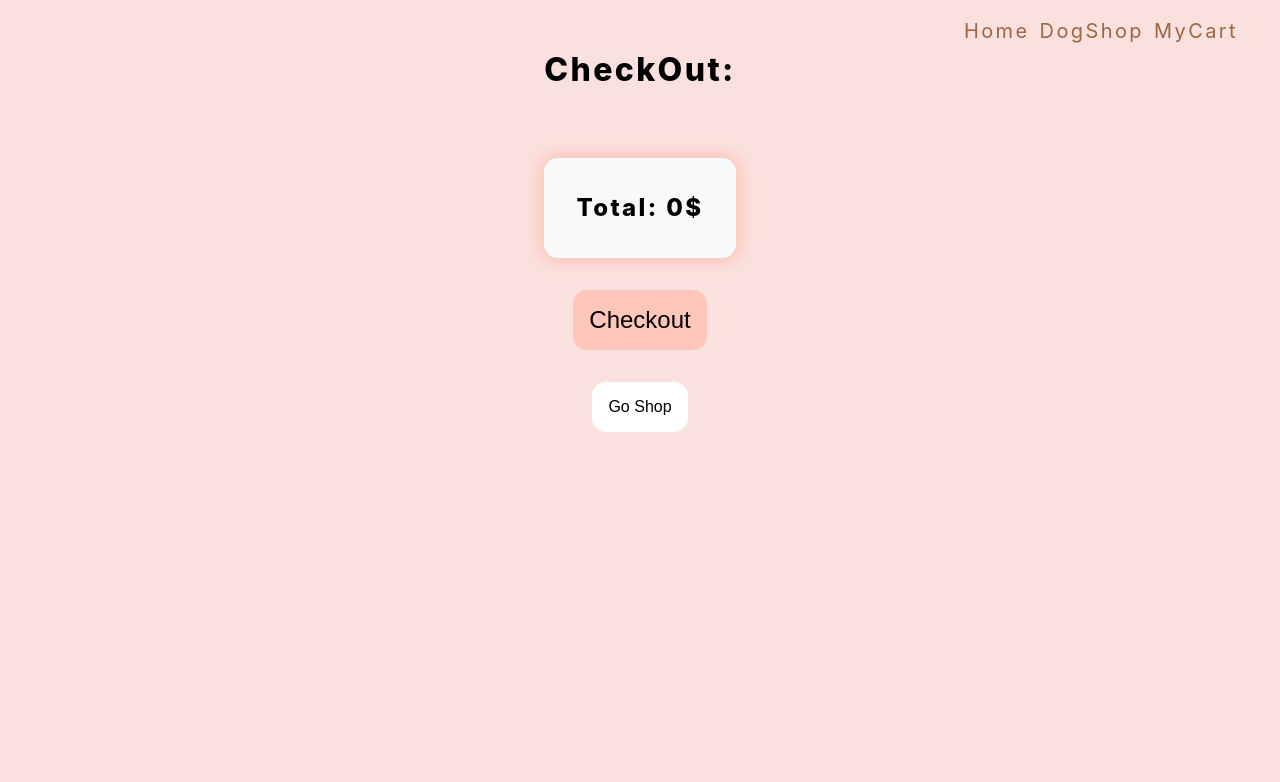
Repository: hoangbayern/dog_shop
Page: /cart (app in frontend/)
An editor plug-in stored every save of this project. The page is shown before and after the next save, followed by the edit.
The browser window is 1280 px wide. The pictures show the whole page.
The page's requests for data from a server got no answer. The project was rebuilt for these pictures with package versions that can differ from the ones it lists, and the page was loaded fresh each time. No one was signed in, and anything a server would have sent is missing. Also part of the build but not shown: frontend/src/components/Home/Home.jsx, frontend/src/components/Dogs/dogs.css, frontend/src/components/Dogs/DogsCart.jsx, frontend/src/components/Dogs/DogPage.jsx.

Above is the page before, as saved 2023-08-04 00:36:22.

After the next save:
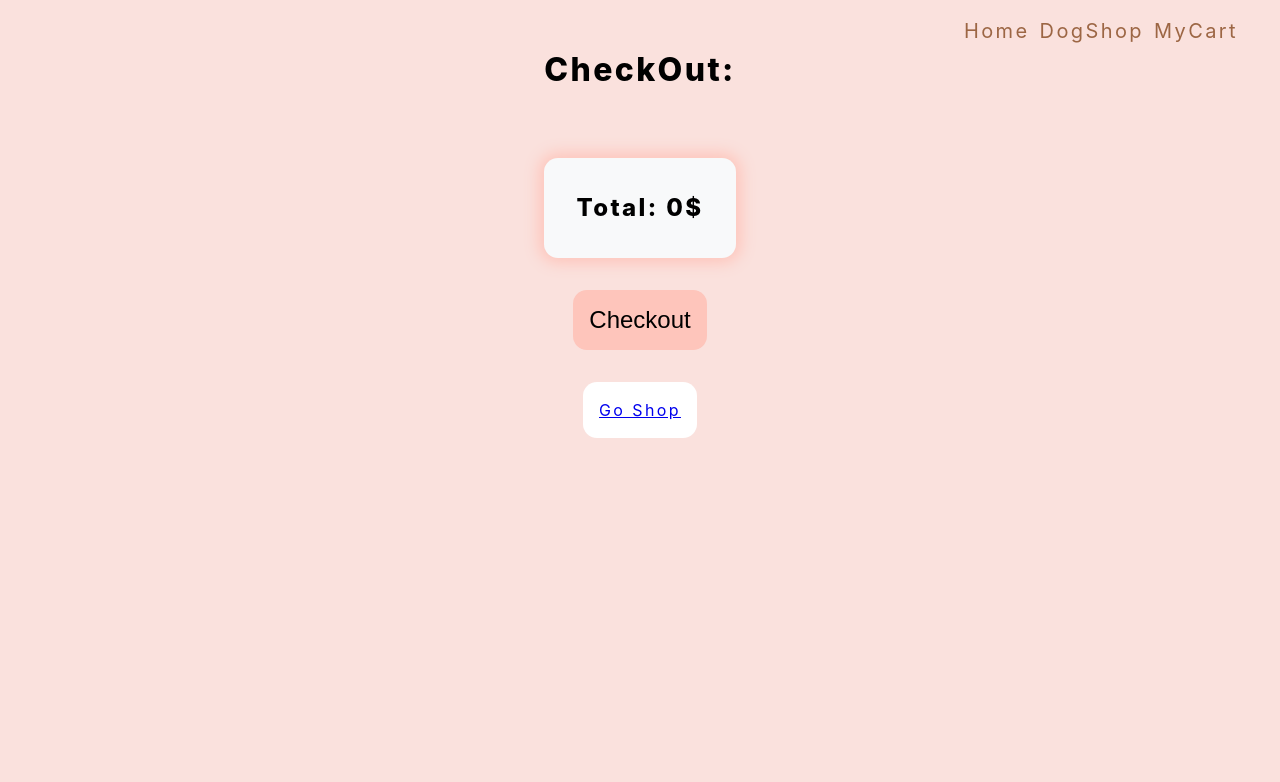
Saved 36 s later.
--- a/frontend/src/components/Cart/MyCart.jsx
+++ b/frontend/src/components/Cart/MyCart.jsx
@@ -21,7 +21,7 @@ export const MyCart = () => {
           <div className="cart-total"> Total: {total}$ </div>
         </div>
         <button className="cart-checkout">Checkout</button>
-        <button className="cart-gohome">Go Shop</button>
+        <a href="/dogs" className="cart-gohome">Go Shop</a>
       </section>
     </>
   );
